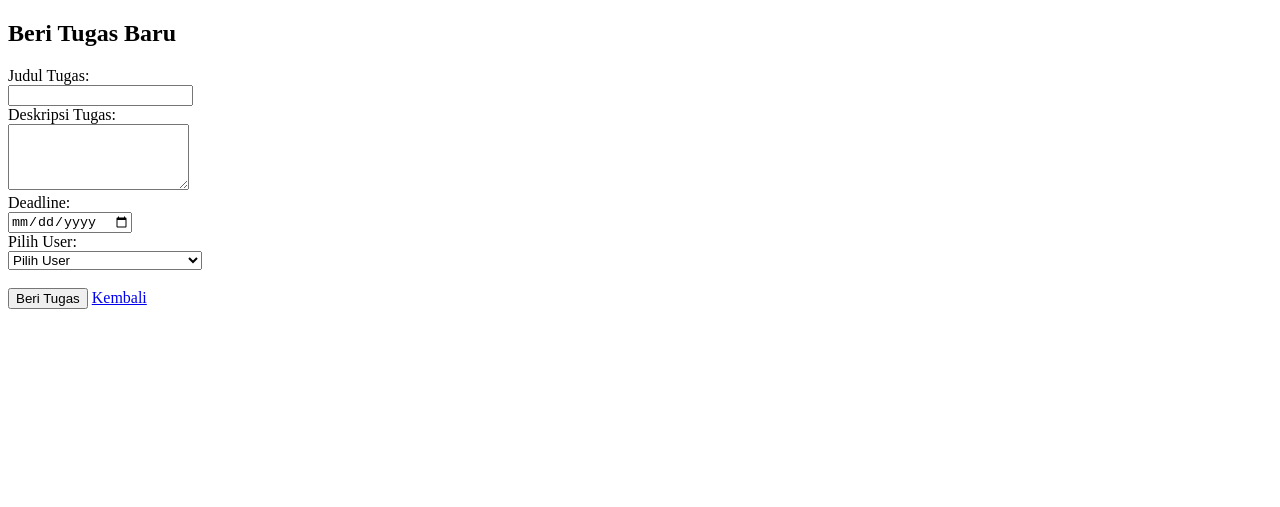
Repository: fatkquladhim/multimedia_app
Page: http://localhost/admin/beri tugas/beri_tugas_form.php
An editor plug-in stored every save of this project. The page is shown before and after the next save, followed by the edit.
The browser window is 1280 px wide. The pictures show the whole page.
The page is run by PHP 8.4 with error messages shown; the project is at /var/www/html/. The session is filled in as if someone had signed in: {"user_id": 2, "username": "asep", "role": "admin"}. Other server files are loaded and not shown. The database holds what the project's SQL file puts in it.

Above is the page before, as saved 2025-07-14 21:34:30.

### admin/beri tugas/beri_tugas_form.php
<?php
session_start();
if (!isset($_SESSION['user_id']) || $_SESSION['role'] !== 'admin') {
    header('Location: ../../auth/login.php');
    exit;
}

require_once '../../includes/db_config.php';
$conn = new mysqli(DB_HOST, DB_USER, DB_PASS, DB_NAME);

// Ambil daftar user untuk dropdown
$users = $conn->query("SELECT id, username, nama_lengkap FROM users WHERE role = 'user'");
?>

<!DOCTYPE html>
<html>
<head>
    <title>Beri Tugas</title>
</head>
<body>
    <h2>Beri Tugas Baru</h2>
    <form action="beri_tugas_store.php" method="POST">
        <div>
            <label>Judul Tugas:</label><br>
            <input type="text" name="judul" required>
        </div>

        <div>
            <label>Deskripsi Tugas:</label><br>
            <textarea name="deskripsi" rows="4" required></textarea>
        </div>

        <div>
            <label>Deadline:</label><br>
            <input type="date" name="deadline" required>
        </div>

        <div>
            <label>Pilih User:</label><br>
            <select name="id_penerima_tugas" required>
                <option value="">Pilih User</option>
                <?php while($user = $users->fetch_assoc()): ?>
                    <option value="<?php echo $user['id']; ?>">
                        <?php echo htmlspecialchars($user['username'] . ' - ' . ($user['nama_lengkap'] ?? 'Nama tidak ada')); ?>
                    </option>
                <?php endwhile; ?>
            </select>
        </div>

        <br>
        <button type="submit">Beri Tugas</button>
        <a href="../dashboard.php">Kembali</a>
    </form>
</body>
</html>

<?php $conn->close(); ?>

### includes/db_config.php
<?php
// Konfigurasi database
define('DB_HOST', 'localhost');
define('DB_USER', 'root'); // ganti jika user database Anda berbeda
define('DB_PASS', '');     // ganti jika ada password database
define('DB_NAME', 'db_multimedia'); // nama database
?>

### db_multimedia (2).sql (the tables this page reads)
CREATE TABLE `users` (
  `id` int(11) NOT NULL,
  `username` varchar(50) NOT NULL,
  `password` varchar(255) NOT NULL,
  `role` enum('admin','user') NOT NULL DEFAULT 'user',
  `nama_lengkap` varchar(100) DEFAULT NULL,
  `email` varchar(100) DEFAULT NULL
) ENGINE=InnoDB DEFAULT CHARSET=utf8mb4 COLLATE=utf8mb4_general_ci;

INSERT INTO `users` (`id`, `username`, `password`, `role`, `nama_lengkap`, `email`) VALUES
(2, 'asep', '$2y$10$ZvJxXAeCPWgMdfPO28SaFuzg6rU8McbByuj/jx/gDjJ/LgUoPIv6e', 'admin', NULL, NULL),
(21, 'adhim1', '$2y$10$joDQhSdJpJI.R7w9amW9WOdI15wISMqHlUCvg3RMZt7meuu.YAqI.', 'user', 'moch fatkqul adhim', 'fatquladhim@gmail.com');

ALTER TABLE `users`
  ADD PRIMARY KEY (`id`),
  ADD UNIQUE KEY `username` (`username`);

ALTER TABLE `users`
  MODIFY `id` int(11) NOT NULL AUTO_INCREMENT, AUTO_INCREMENT=22;

After the next save:
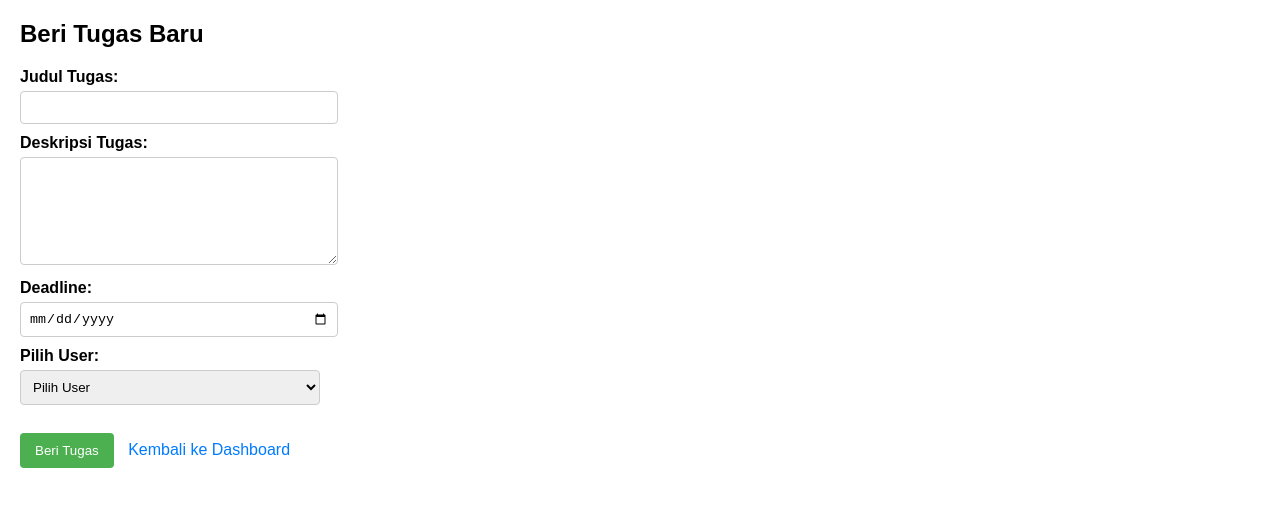
Saved 13 min 27 s later.
--- a/admin/beri tugas/beri_tugas_form.php
+++ b/admin/beri tugas/beri_tugas_form.php
@@ -16,28 +16,54 @@ $users = $conn->query("SELECT id, username, nama_lengkap FROM users WHERE role =
 <html>
 <head>
     <title>Beri Tugas</title>
+    <style>
+        body { font-family: Arial, sans-serif; margin: 20px; }
+        form div { margin-bottom: 10px; }
+        label { display: block; margin-bottom: 5px; font-weight: bold; }
+        input[type="text"], input[type="date"], textarea, select {
+            width: 300px; padding: 8px; border: 1px solid #ccc; border-radius: 4px;
+        }
+        button { padding: 10px 15px; background-color: #4CAF50; color: white; border: none; border-radius: 4px; cursor: pointer; }
+        button:hover { background-color: #45a049; }
+        a { text-decoration: none; color: #007bff; margin-left: 10px; }
+        a:hover { text-decoration: underline; }
+        .message { padding: 10px; margin-bottom: 15px; border-radius: 4px; }
+        .success { background-color: #d4edda; color: #155724; border: 1px solid #c3e6cb; }
+        .error { background-color: #f8d7da; color: #721c24; border: 1px solid #f5c6cb; }
+    </style>
 </head>
 <body>
     <h2>Beri Tugas Baru</h2>
+
+    <?php
+    if (isset($_GET['status'])) {
+        if ($_GET['status'] == 'success') {
+            echo '<div class="message success">' . htmlspecialchars($_GET['message']) . '</div>';
+        } else {
+            echo '<div class="message error">' . htmlspecialchars($_GET['message']) . '</div>';
+        }
+    }
+    ?>
+
     <form action="beri_tugas_store.php" method="POST">
         <div>
-            <label>Judul Tugas:</label><br>
-            <input type="text" name="judul" required>
+            <label for="judul">Judul Tugas:</label>
+            <input type="text" id="judul" name="judul" required>
         </div>
 
         <div>
-            <label>Deskripsi Tugas:</label><br>
-            <textarea name="deskripsi" rows="4" required></textarea>
+            <label for="deskripsi">Deskripsi Tugas:</label>
+            <textarea id="deskripsi" name="deskripsi" rows="6" required></textarea>
         </div>
 
         <div>
-            <label>Deadline:</label><br>
-            <input type="date" name="deadline" required>
+            <label for="deadline">Deadline:</label>
+            <input type="date" id="deadline" name="deadline" required>
         </div>
 
         <div>
-            <label>Pilih User:</label><br>
-            <select name="id_penerima_tugas" required>
+            <label for="id_penerima_tugas">Pilih User:</label>
+            <select id="id_penerima_tugas" name="id_penerima_tugas" required>
                 <option value="">Pilih User</option>
                 <?php while($user = $users->fetch_assoc()): ?>
                     <option value="<?php echo $user['id']; ?>">
@@ -49,7 +75,7 @@ $users = $conn->query("SELECT id, username, nama_lengkap FROM users WHERE role =
 
         <br>
         <button type="submit">Beri Tugas</button>
-        <a href="../dashboard.php">Kembali</a>
+        <a href="../dashboard.php">Kembali ke Dashboard</a>
     </form>
 </body>
 </html>
